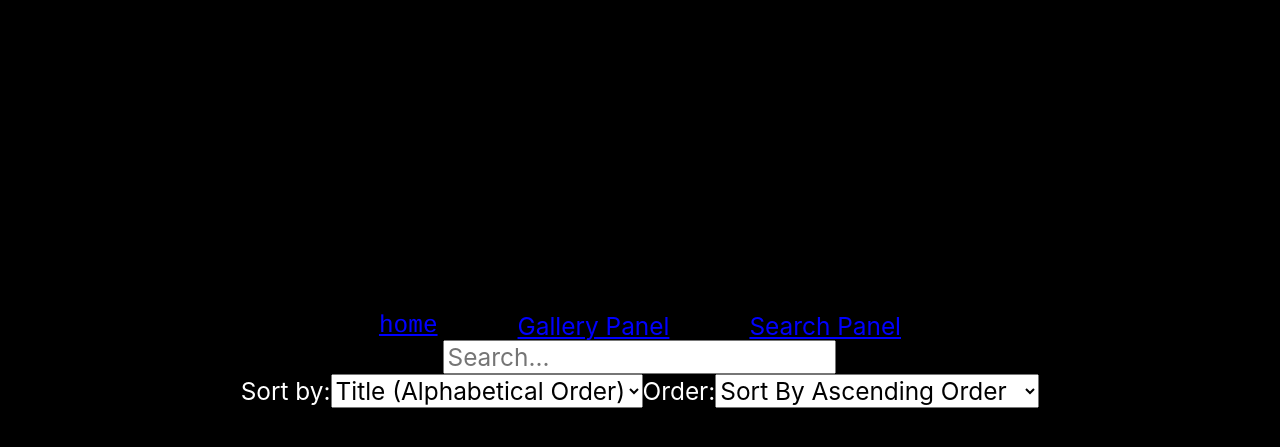
Repository: ZhengyuLi0929/ArtMuseum_ArtIC
Page: /list
An editor plug-in stored every save of this project. The page is shown before and after the next save, followed by the edit.
The browser window is 1280 px wide. The pictures show the whole page.
The project was rebuilt for these pictures with package versions that can differ from the ones it lists, and the page was loaded fresh each time. Also part of the build but not shown: src/home.tsx, src/gallery.tsx, src/details.tsx.

Above is the page before, as saved 2023-01-11 07:53:15.

After the next save:
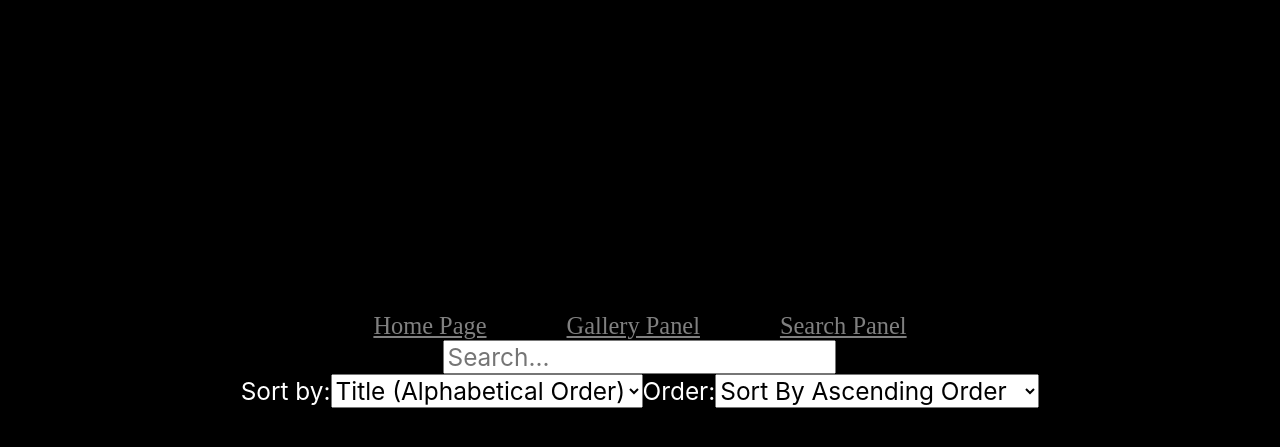
Saved 72 s later.
--- a/src/App.tsx
+++ b/src/App.tsx
@@ -22,9 +22,9 @@ function App() {
             flexWrap: 'nowrap',
             justifyContent: 'space-between'
         }}>
-          <Link to ="/" style={{ color: 'blue', marginRight: "80px", fontFamily: 'Courier'}}> home </Link>
-          <Link to ="/gallery" style={{ color: 'blue', marginRight: "80px" }}> Gallery Panel </Link>
-          <Link to ="/list" style={{ color: 'blue' }}> Search Panel </Link>
+          <Link to ="/" style={{ color: 'grey', marginRight: "80px", fontFamily: 'Georigia'}}> Home Page </Link>
+          <Link to ="/gallery" style={{ color: 'grey', marginRight: "80px", fontFamily: 'Georigia' }}> Gallery Panel </Link>
+          <Link to ="/list" style={{ color: 'grey', fontFamily: 'Georigia' }}> Search Panel </Link>
         </div>
           <Routes>
             <Route path = "/" element = {<HomeView></HomeView>}/>
